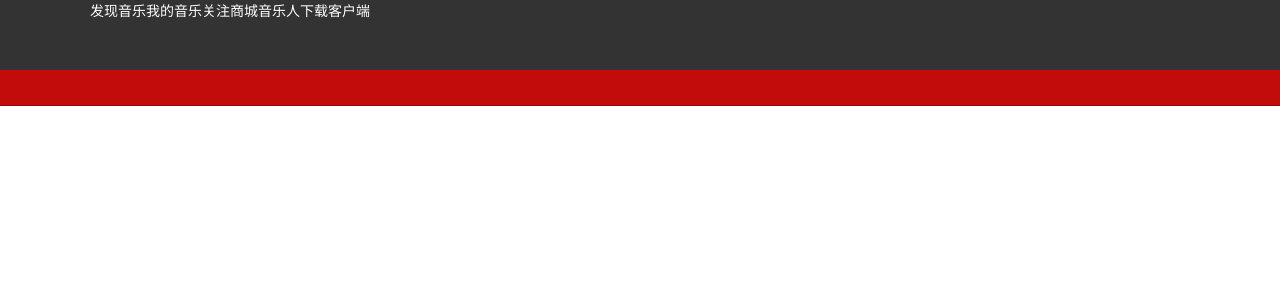
Repository: xtcgjk/-
Page: /
These files come from the project's save history. The page is drawn as it stood at one moment and after the next save; the edit follows.
The browser window is 1280 px wide. The pictures show the whole page.
The project was rebuilt for these pictures with package versions that can differ from the ones it lists, and the page was loaded fresh each time.

Above is the page before, as saved 2022-02-23 15:59:19.

After the next save:
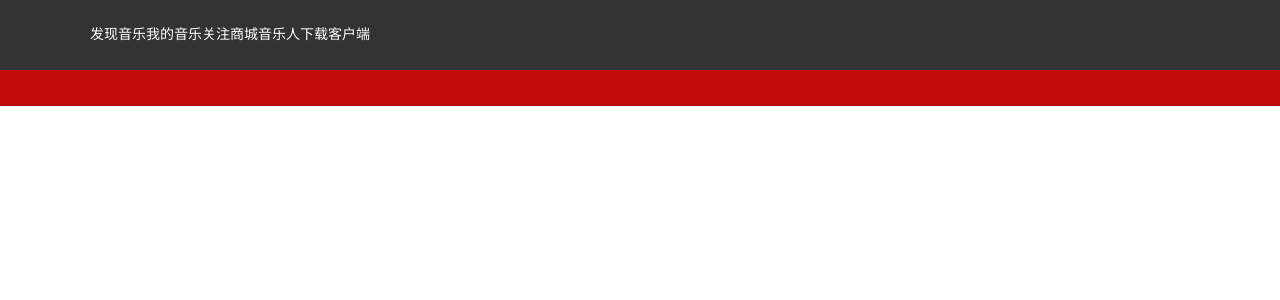
Saved 3 min 13 s later.
--- a/src/components/header/index.vue
+++ b/src/components/header/index.vue
@@ -34,7 +34,8 @@ a {
   color: white;
   font-style: normal;
   font-size: 14px;
-  height: 100%;
+  height: 70px;
+  line-height: 70px;
   display: inline-block;
 }
 </style>
